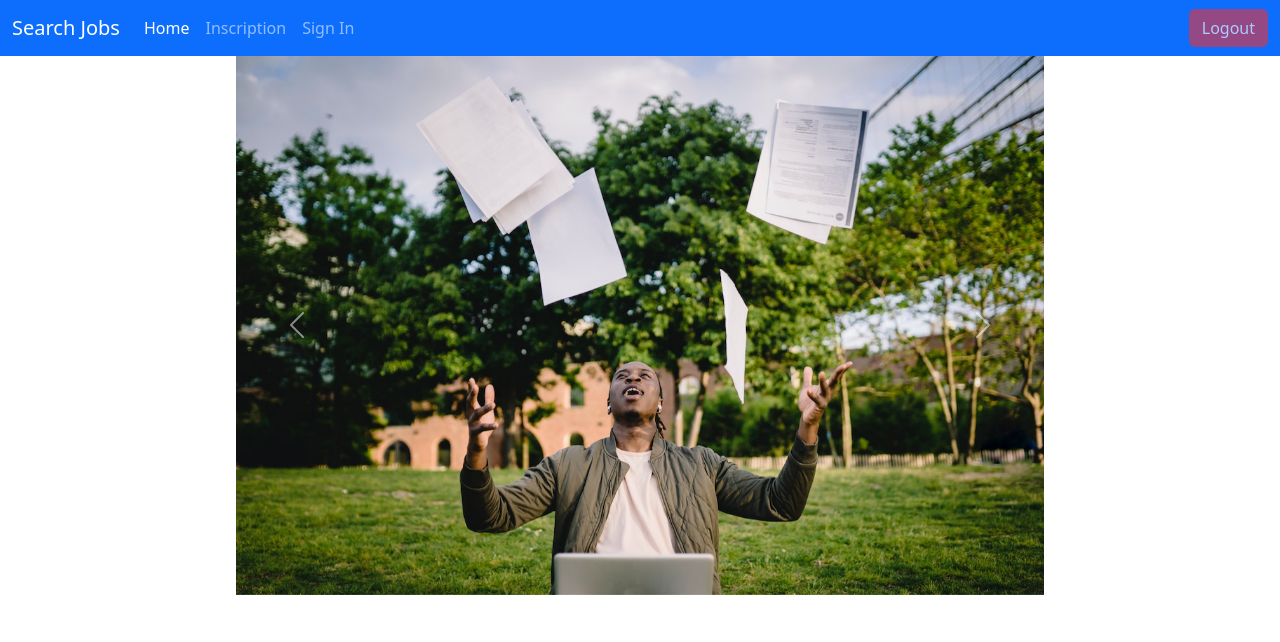
Repository: moAllElite/Examen-EJB-WEB-EAR
Page: http://localhost/SearchJobsWeb/
These files come from the project's save history. The page is drawn as it stood at one moment and after the next save; the edit follows.
The browser window is 1280 px wide. The pictures show the whole page.
The page is served by Tomcat 9. Nobody is signed in. The application's start-up code is not run. Other server files are loaded and not shown.

Above is the page before, as saved 2023-03-21 20:49:41.

### SearchJobsWeb/src/main/webapp/index.jsp
<%@ page language="java" contentType="text/html; charset=ISO-8859-1"
    pageEncoding="ISO-8859-1"%>
<!DOCTYPE html>
<html id="html">
<head>
<meta charset="ISO-8859-1">
		 <link href="https://cdn.jsdelivr.net/npm/bootstrap@5.3.0-alpha1/dist/css/bootstrap.min.css" rel="stylesheet" integrity="sha384-GLhlTQ8iRABdZLl6O3oVMWSktQOp6b7In1Zl3/Jr59b6EGGoI1aFkw7cmDA6j6gD" crossorigin="anonymous">
		<title>Home</title>

	</head>
	<body>
		<nav class="navbar navbar-expand-lg bg-primary" data-bs-theme="dark">
				 <div class="container-fluid">
				    <a class="navbar-brand" href="Error">Search Jobs</a>
				    <button class="navbar-toggler" type="button" data-bs-toggle="collapse" data-bs-target="#navbarText" aria-controls="navbarText" aria-expanded="false" aria-label="Toggle navigation">
				      <span class="navbar-toggler-icon"></span>
				    </button>
				    <div class="collapse navbar-collapse" id="navbarText">
				      <ul class="navbar-nav me-auto mb-2 mb-lg-0">
				        <li class="nav-item">
				          <a class="nav-link active" aria-current="page" href="Home">Home</a>
				        </li>
				        <li class="nav-item">
				          <a class="nav-link" href="Inscription">Inscription</a>
				        </li>
				        <li class="nav-item">
				          <a class="nav-link" href="Login">Sign In</a>
				        </li>
				      </ul>
				      <button class="btn btn-danger "  disabled="disabled">Logout</button>
				    </div>
				  </div>
			</nav>
			<div class="container-sm" style="width: 65%;">
				<div id="carouselExampleInterval" class="carousel slide" data-bs-ride="carousel">
				  <div class="carousel-inner">
				    <div class="carousel-item active" data-bs-interval="10000">
				      <img src="ressources/images/image3.jpg" class="d-block w-100" alt="...">
				    </div>
				    <div class="carousel-item" data-bs-interval="2000">
				      <img src="ressources/images/image1.jpg" class="d-block w-100" alt="...">
				    </div>
				    <div class="carousel-item">
				      <img src="ressources/images/image2.jpg"jpg" class="d-block w-100" alt="...">
				    </div>
				  </div>
				  <button class="carousel-control-prev" type="button" data-bs-target="#carouselExampleInterval" data-bs-slide="prev">
				    <span class="carousel-control-prev-icon" aria-hidden="true"></span>
				    <span class="visually-hidden">Previous</span>
				  </button>
				  <button class="carousel-control-next" type="button" data-bs-target="#carouselExampleInterval" data-bs-slide="next">
				    <span class="carousel-control-next-icon" aria-hidden="true"></span>
				    <span class="visually-hidden">Next</span>
				  </button>
				</div>
				</div>
		<script src="https://cdn.jsdelivr.net/npm/@popperjs/core@2.11.6/dist/umd/popper.min.js" integrity="sha384-oBqDVmMz9ATKxIep9tiCxS/Z9fNfEXiDAYTujMAeBAsjFuCZSmKbSSUnQlmh/jp3" crossorigin="anonymous"></script>
		<script src="https://cdn.jsdelivr.net/npm/bootstrap@5.3.0-alpha1/dist/js/bootstrap.min.js" integrity="sha384-mQ93GR66B00ZXjt0YO5KlohRA5SY2XofN4zfuZxLkoj1gXtW8ANNCe9d5Y3eG5eD" crossorigin="anonymous"></script>

	</body>
	</html>

After the next save:
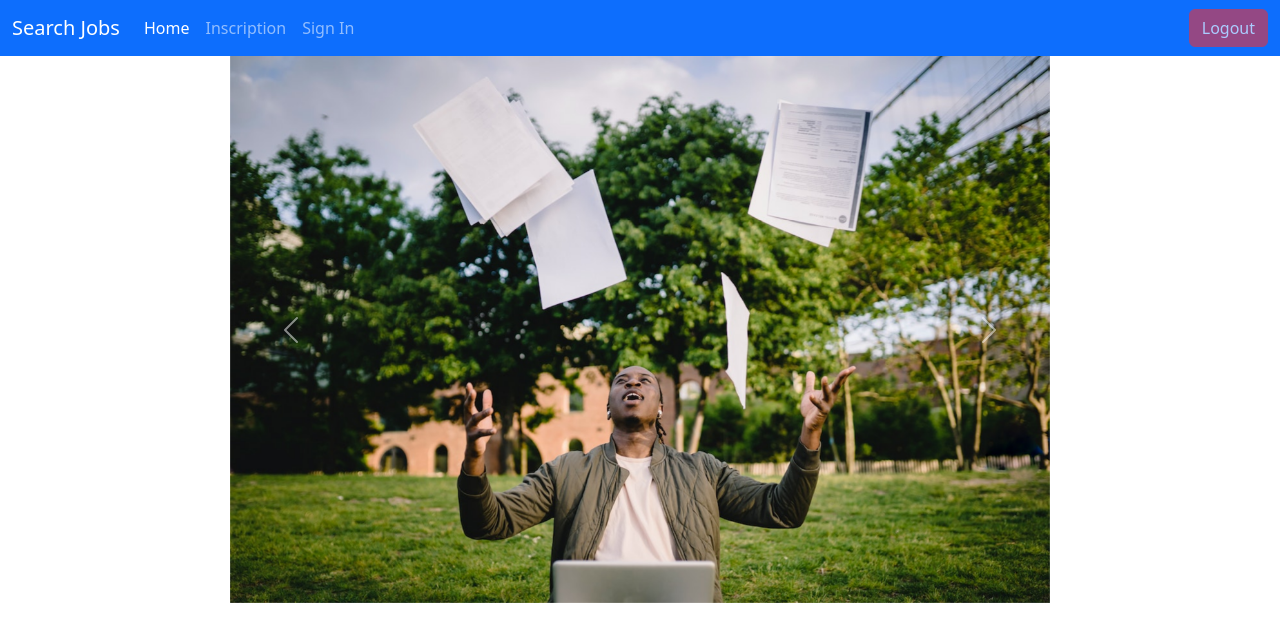
Saved 6 s later.
--- a/SearchJobsWeb/src/main/webapp/index.jsp
+++ b/SearchJobsWeb/src/main/webapp/index.jsp
@@ -31,7 +31,7 @@
 				    </div>
 				  </div>
 			</nav>
-			<div class="container-sm" style="width: 65%;">
+			<div class="container-sm" style="width: 66%;">
 				<div id="carouselExampleInterval" class="carousel slide" data-bs-ride="carousel">
 				  <div class="carousel-inner">
 				    <div class="carousel-item active" data-bs-interval="10000">
